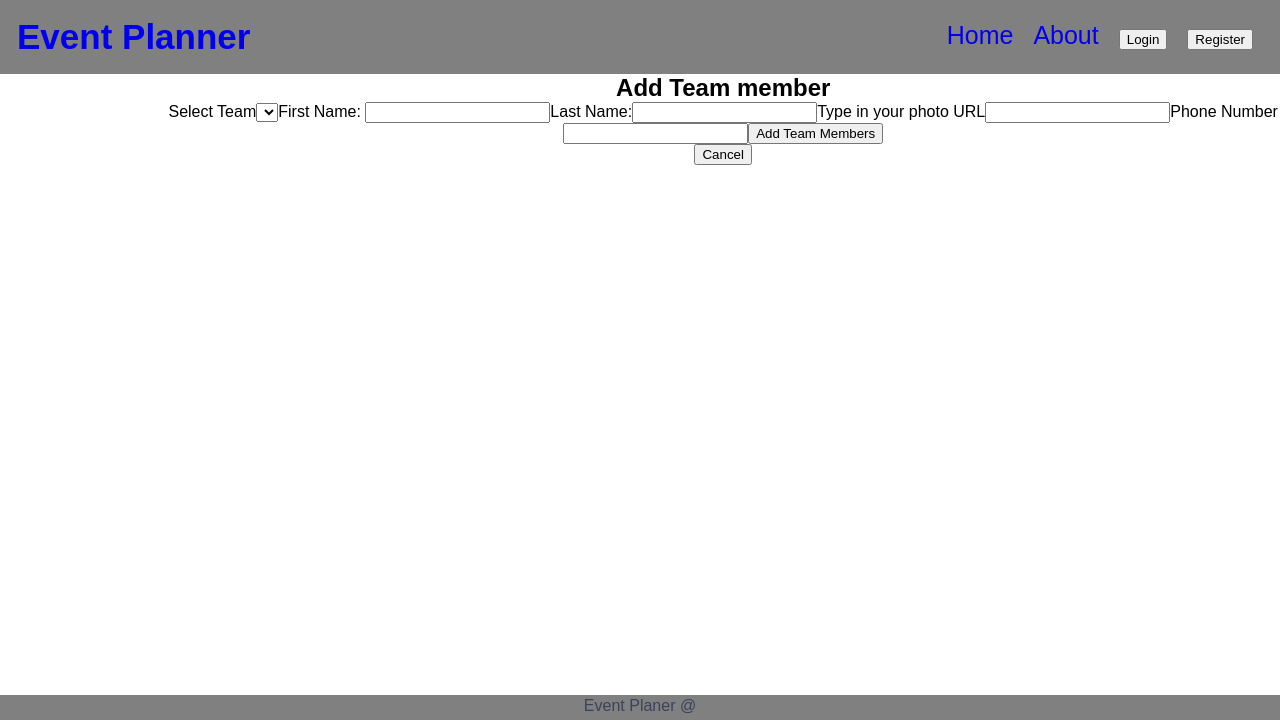
Repository: mhyder1/planner-client
Page: /add-team-member
An editor plug-in stored every save of this project. The page is shown before and after the next save, followed by the edit.
The browser window is 1280 px wide. The pictures show the whole page.
The page's requests for data from a server got no answer. The project was rebuilt for these pictures with package versions that can differ from the ones it lists, and the page was loaded fresh each time. No one was signed in, and anything a server would have sent is missing. Also part of the build but not shown: src/Components/About/About.js, src/Services/AuthAPIService.js, src/Components/Login/Login.js, src/Components/Register/Register.js, src/Components/Header/Header.js, src/Components/Features/Features.js, src/DummyStore/DummyStore.js, src/Components/ProfilePic/ProfilePic.js and 11 more.

Above is the page before, as saved 2021-01-19 10:50:37.

### src/index.js
import React from 'react';
import ReactDOM from 'react-dom';
import App from './App';
import { BrowserRouter } from "react-router-dom";


ReactDOM.render(
  <BrowserRouter>
    <App />
  </BrowserRouter>,
  document.getElementById('root')
);

### src/App.js
import React from "react";
import { Route } from "react-router-dom";
import "./App.css";

import Nav from "./Components/Nav/Nav";
import About from "./Components/About/About";
import Login from "./Components/Login/Login";
import Register from "./Components/Register/Register";
import Header from "./Components/Header/Header";
import Features from "./Components/Features/Features";
import Footer from "./Components/Footer/Footer";
import ProfilePic from "./Components/ProfilePic/ProfilePic";
import EventsList from "./Components/EventsList/EventsList";
import TeamEventsList from "./Components/TeamEventsList/TeamEventsList";
import Event from "./Components/Event/Event";
import EditEvent from "./Components/EditEvent/EditEvent";
import TeamList from "./Components/TeamList/TeamList";
import AddTeamMember from "./Components/AddTeamMember/AddTeamMember";
import CalendarView from "./Components/Calendar/Calendar";
import AddEvent from "./Components/AddEvent/AddEvent";
import TokenService from "./Services/TokenService";
import config from  "./Config/Config"
import AddTeam from "./Components/AddTeam/AddTeam"
import ProfileContactInfo from "./Components/ProfileContactInfo/ProfileContactInfo"
import TeamMember from "./Components/TeamMember/TeamMember";

export default class App extends React.Component {
  state = {
    isLoggedIn: false,
    events: [],
    user: {
      user_id: "",
      email: "",
      firstName: "",
    },
    teams: [],
    teamMembers: [],
  };

  setUser = (user) => {
    this.setState({
      user: {
        user_id: user.id,
        email: user.email,
        firstName: user.first_name,
      },
    });
  };

  createTeam = (newTeam) => {
    this.setState({
      teams: newTeam,
    });
  };

  setUserTeams = (teams) => {
    this.setState({
      teams: teams,
    });
  };

  setUserTeamMembers = (tmembers) => {
    this.setState({
      teamMembers: tmembers,
    });
  };

  createEvent = (event) => {
    this.setState({
      events: [...this.state.events, event],
    });
  };

  updateEvent = (updatedEvent) => {
    this.setState({
      events: this.state.events.map((e) =>
        e.id !== updatedEvent.id ? e : updatedEvent
      ),
    });
  };

  // Gets events created by you
  setUserEvents = (events) => {
    this.setState({
      events: events,
    });
  };

  // Gets events for teams you're a team member of
  setTeamMemberEvents = (events) => {
    this.setState({
      events: [...this.state.events, ...events],
    });
  };

   deleteEvent = (eventId) => {
     const newEvents = this.state.events.filter((event) => event.id !== eventId);
     this.setState({
       events:newEvents,
     })
   }

  handleLogin = () => {
    this.setState({
      isLoggedIn: true,
    });
  };

  handleLogout = () => {
    TokenService.clearAuthToken();
    this.setState({
      events: [],
      team: [],
    });
  };

  componentDidMount() {
    fetch(`${config.REACT_APP_API_BASE_URL}/events`)
    .then((res) => res.json())
    .then((events) => this.setState({events}));
  }

  render() {
    return (
      <div className="App">
        <Route
          path="/"
          render={(props) => (
            <Nav {...props} {...this.state} handleLogout={this.handleLogout} />
          )}
        />

        <Route exact path="/" component={Header} />
        <Route exact path="/about" component={About} />
        <Route
          exact
          path="/login"
          render={(props) => (
            <Login {...props} handleLogin={this.handleLogin} />
          )}
        />

        <Route exact path="/register" component={Register} />
        <main>
          <section className="main-dashboard">
            <Route exact path="/dashboard" component={ProfilePic} />
             <Route
              exact
              path="/dashboard"
              render={(props) => (
                <ProfileContactInfo
                   {...props}
                  {...this.state}
                   setUserEvents={this.setUserEvents}
                   setTeamMemberEvents={this.setTeamMemberEvents}
                    setUser={this.setUser}
                  setUserTeams={this.setUserTeams}
                  setUserTeamMembers={this.setUserTeamMembers}
               />
             )}
            />
          </section>
          <section className="main-events">
            <Route
              exact
              path={["/events", "/events/:id", "/add-event"]}
              render={(props) => <EventsList {...props} {...this.state} />}
            />
            <Route
              exact
              path={["/tm-events", "/tm-events/:id"]}
              render={(props) => <TeamEventsList {...props} {...this.state} />}
            />
            <Route
              exact
              path={["/events", "/events/:id", "/tm-events", "/tm-events/:id"]}
              render={(props) =>
              <Event
              {...props}
              deleteEvent={this.deleteEvent}
              {...this.state} />}
            />
            <Route
              exact
              path="/add-event"
              render={(props) => (
                <AddEvent
                  {...this.state}
                  createEvent={this.createEvent}
                  {...props}
                />
              )}
            />
            <Route
              exact
              path="/edit-event/:id"
              render={(props) => (
                <EditEvent {...props} updateEvent={this.updateEvent} />
              )}
            />
          </section>
          <section className="main-team">
            <Route
              exact
              path={["/teams", "/teams/team-member/:id"]}
              render={(props) => <TeamList {...props}
              // createTeam ={this.createTeam}
              {...this.state} />}
            />
            <Route
              exact
              path={["/teams", "/teams/team-member/:id"]}
              render={(props) => <TeamMember {...props} {...this.state} />}
            />
            <Route
              exact
              path={["/add-team"]}
              render={(props) => <AddTeam {...props}
              createTeam={this.createTeam}
              {...this.state} />}
            />
            <Route
              exact
              path="/add-team-member"
              render={(props) => <AddTeamMember {...props} {...this.state} />}
            />
            {/* <Route
              exact
              path={["/invite-page", "/invite-page/:id"]}
              component={InviteLandingPage}
            /> */}
          </section>
          <section className="main-calendar">
            <Route
              exact
              path="/calendar"
              render={(props) => <CalendarView {...props} {...this.state} />}
            />
          </section>

          <Route exact path="/" component={Features} />
          <Route path="/" component={Footer} />
        </main>
      </div>
    );
  }
}

### src/App.css
* {
    box-sizing: border-box;
    font-family: sans-serif;
    margin: 0;
}

.App {
    text-align: center;
    margin: 0;
    padding: 0;
    height: 100%;
}


/* Nav Bar - Public Route / Landing Page */

.nav-home {
    border: grey solid 2px;
    background-color: grey;
    padding: 15px;
    font-size: 30px;
    width: 100%;
    display: flex;
    justify-content: space-between;
    flex-wrap: wrap;
}

nav h1 {
    font-size: 35px;
}

.nav-links a {
    margin: 10px;
    font-size: 25px;
}

nav h1,
nav a {
    text-decoration: none;
}

nav a:hover {
    color: white;
}

nav a:visited {
    color: black;
}


/* About page */

.about-ul {
    list-style-type: none;
    padding: 0;
}


/* Events Main */

.main-events {
    display: flex;
    margin-left: 13%;
}


/* Event */

.event-view {
    flex: 3;
    display: flex;
    justify-content: center;
}

.event-view-selected {
    border: solid grey 2px;
    width: 95%;
    margin-top: 20px;
    background: #e0e0e0;
    height: 100%;
}


/* Events Mobile View */

@media screen and (min-width: 320px) and (max-width: 768px) {
    .main-events {
        display: block;
        margin: 0 auto;
    }
}

@media screen and (max-width: 768px) {
    .events-desktop {
        display: none;
    }
    .event-view {
        display: none;
    }
}


/* Add Event View */

.add-event-view {
    flex: 3 1;
    display: flex;
    justify-content: center;
    flex-direction: column;
    align-items: center;
    border: solid grey 2px;
}

.add-event-form {
    display: flex;
    flex-direction: column;
    width: 50%;
}

.event-sidebar-hidden {
    display: none;
}


/* Header / Landing Page */

header {
    display: flex;
    justify-content: center;
    margin: 100px auto;
    flex-direction: row;
    max-width: 1200px;
}

.hero {
    border: 2px solid grey;
    margin: 15px 2.5%;
    padding: 150px;
    flex-basis: 45%;
    box-sizing: border-box;
    background-color: #e5e5e5;
}


/* EventList */

.event-sidebar {
    flex: 1;
}

.event-sidebar ul {
    list-style-type: none;
    padding: 0;
}

.event-sidebar h3 {
    border: solid grey 2px;
    padding: 20px;
    margin: 15px;
}


/* Modal */

.modal {
    position: fixed;
    top: 0;
    left: 0;
    width: 100%;
    height: 100%;
    background: rgba(6, 5, 5, 0.056);
}

.modal-main {
    position: fixed;
    background: #f8f8f8;
    width: 80%;
    height: 75%;
    top: 50%;
    left: 50%;
    transform: translate(-50%, -50%);
}

.modal-main h2 {
    margin-top: 25px;
}

.display-block {
    display: block;
}

.display-none {
    display: none;
}

.view-modal-button {
    padding: 7px;
    margin: 5px;
    background: none;
    border: none;
    font-size: 20px;
}

.modal-photo {
    margin: 20px;
    object-fit: cover;
    border: grey solid 2px;
    width: 200px;
    height: 200px;
}

@media screen and (min-width: 769px) {
    .view-modal {
        display: none;
    }
}


/* CalendarView */

.main-calendar {
    width: 70%;
    margin: 0 auto;
    height: 50%;
}


/* Dashboard Nav / Logged In */

.dashboard-menu {
    color: white;
    height: 100%;
    width: 160px;
    position: fixed;
    z-index: 1;
    top: 0;
    left: 0;
    background-color: #111;
    overflow-x: hidden;
    padding-top: 20px;
}

.dashboard-menu h2 {
    padding: 6px 8px 6px 16px;
    text-decoration: none;
    font-size: 25px;
    color: #818181;
    display: block;
}

.dashboard-menu ul {
    list-style-type: none;
    padding: 0;
    text-align: left;
    padding-left: 5px;
}

.dashboard-menu a:visited {
    color: #818181;
}

@media screen and (min-width: 320px) and (max-width: 768px) {
    .dashboard-menu {
        width: 100%;
        position: unset;
        display: flex;
        flex-wrap: wrap;
        justify-content: space-between;
        align-items: center;
    }
    .dashboard-menu ul {
        display: flex;
        flex-wrap: wrap;
    }
}


/* Register */

.register-section {
    display: flex;
    flex-direction: column;
    align-items: center;
}

.register-form {
    display: flex;
    flex-direction: column;
    width: 15%;
    border: grey 2px solid;
    padding: 10px;
}

@media screen and (min-width: 320px) and (max-width: 768px) {
    .register-form {
        display: flex;
        flex-direction: column;
        width: 60%;
    }
}


/* Main Team */

.main-team {
    display: flex;
    margin-left: 13%;
}


/* Team Sidebar */

.team-sidebar {
    flex: 1;
}

.team-sidebar h3 {
    border: solid grey 2px;
    padding: 20px;
    margin: 15px;
}

.team-sidebar ul {
    list-style-type: none;
    padding: 0;
}


/* Team Member */

.team-view {
    flex: 3;
    display: flex;
    justify-content: center;
}


/* Team View Mobile */

@media screen and (max-width: 768px) {
    .team-view,
    .team-desktop {
        display: none;
    }
    .main-team {
        display: block;
        margin: 0 auto;
    }
}

.team-member-selected {
    border: solid grey 2px;
    width: 95%;
    margin-top: 20px;
    background: #e0e0e0;
}

.member-photo {
    width: 300px;
    height: 300px;
    margin: 20px;
    object-fit: cover;
    border: grey solid 2px;
}


/* Features / Landing Page */

.features {
    display: flex;
    flex-wrap: wrap;
    justify-content: space-around;
    background-color: #e5e5e5;
    padding: 250px;
}

.feature-1,
.feature-2,
.feature-3 {
    border: grey 2px solid;
    padding: 85px;
}

@media screen and (min-width: 320px) and (max-width: 768px) {
    header {
        flex-direction: column;
        margin: 35px auto;
    }
    .hero {
        padding: 80px;
    }
    .features {
        padding: 150px;
    }
}


/* Footer */

.footer {
    border: grey 2px solid;
    background-color: grey;
    color: #3d405b;
    height: 25px;
    position: fixed;
    bottom: 0;
    width: 100%;
}

### src/Components/Nav/Nav.js
import React from "react";
import TokenService from "../../Services/TokenService";
import { Link } from "react-router-dom";

export default class Nav extends React.Component {
  handleLogout = (e) => {
    e.preventDefault();
    this.props.handleLogout(e);
    this.props.history.push("/");
  };

  render() {
    return (
      <nav>
        {!TokenService.hasAuthToken() ? (
          <>
            <div className="nav-home">
              <div className="nav-logo">
                <h1>
                  <Link to="/">Event Planner</Link>
                </h1>
              </div>
              <div className="nav-links">
                <Link to="/">Home</Link>
                <Link to="/about">About</Link>
                <Link to="/login">
                  <button>Login</button>
                </Link>
                <Link to="/register">
                  <button>Register</button>
                </Link>
              </div>
            </div>
          </>
        ) : (
          <div id="main-menu" className="dashboard-menu">
            <h1>
              <Link to="/dashboard">Event Planner</Link>
            </h1>
            <ul>
              <li>
                <h2>
                  <Link to="/dashboard">Home</Link>
                </h2>
              </li>
              <li>
                <h2>
                  <Link to="/calendar">Calendar</Link>
                </h2>
              </li>
              <li>
                <h2>
                  <Link to="/events">Events</Link>
                </h2>
              </li>
              <li>
                <Link to="/add-event">+ Event</Link>
              </li>

              <li>
                <h2>
                  <Link to="/teams">Teams</Link>
                </h2>
              </li>
              <li>
                <Link to="/add-team">+ Team</Link>
              </li>
              <li>
                <h2>
                  <button onClick={(e) => this.handleLogout(e)}>Log Out</button>
                </h2>
              </li>
            </ul>
          </div>
        )}
      </nav>
    );
  }
}

### src/Components/Footer/Footer.js
import React from "react";

export default function Footer() {
    return <footer className="footer">Event Planer @</footer>;
}

### src/Components/AddTeamMember/AddTeamMember.js
import React from "react";
import { Link } from "react-router-dom";
import config from "../../Config/Config";
import TokenService from "../../Services/TokenService";

export default class AddTeamMember extends React.Component {

  handleAddTeamMember = (e) => {

  }

  render() {
    console.log(this.props.team && this.props.match.id)
    return(
      <>
        <div>
            <h2>Add Team member</h2>
              <form
                  onSubmit={(e) => this.handleAddTeamMember(e)}
              >
                <label htmlFor='teams'>Select Team</label>
                  <select id="teams" name="teams">
                    <option></option>
                  </select>
                <label>First Name: </label>
                <input type="text" name="first_name" require/>
                <label>Last Name:</label>
                <input type="text" name="last_name" require/>
                <label>Type in your photo URL</label>
                <input type="url" name="profile_image" />
                <label htmlFor="phone">Phone Number</label>
                <input type="tel" name="phone_number" />
                <button type="submit">Add Team Members</button>
              </form>
              <div>
                <button onClick={this.handleCancel}>Cancel</button>
              </div>
          </div>
      </>
    )


  }
}

// export default class AddTeamMember extends React.Component {
//   state = {
//     senderName: "",
//     recipient: "",
//     sender: "",
//     inviteSentMessage: "",
//     sent: false,
//   };

//   componentDidMount() {
//     this.setState({
//       senderName: this.props.user.firstName,
//       sender: "thanki.monika@gmail.com",
//       // sender: this.props.user.email,
//     });
//   }

//   /* Need to add some kind of confirmation if email is successfully sent */
//   handleAddTeamMember = (e) => {
//     e.preventDefault();
//     // const recipient = this.state.recipient;
//     const recipient = "thanki.monika@gmail.com";
//     const sender = this.state.sender;
//     const name = this.state.senderName;
//     const email = { recipient, sender, name };
//     this.setState({
//       inviteSentMessage: `Invite to ${recipient} sent!`,
//       sent: true,
//     });

//     fetch(`${config.REACT_APP_API_BASE_URL}/emails`, {
//       method: "POST",
//       body: JSON.stringify(email),
//       headers: {
//         "content-type": "application/json",
//         Authorization: `Bearer ${TokenService.getAuthToken()}`,
//       },

//     });
//   };

//   getTeamMemberEmail = (e) => {
//     const teamMemberEmail = e.target.value;
//     this.setState({
//       recipient: teamMemberEmail,
//     });
//   };

//   handleCancel = () => {
//     this.props.history.goBack("/teams");
//   };

//   render() {
//     return (
//       <>
//         <div className="add-team-member-view">
//           <h2>Add a Team Member</h2>
//           <p>Team members can only see events they've joined.</p>
//           <p>
//             Once your team member creates an account, you can <br /> send them
//             an invitation to your event.
//           </p>
//           {this.state.sent === true ? (
//             <>
//               <p>{this.state.inviteSentMessage}</p>
//               <Link to="/dashboard">
//                 <button>Return to dashboard</button>
//               </Link>
//             </>
//           ) : (
//             ""
//           )}
//           <form
//             onSubmit={(e) => this.handleAddTeamMember(e)}
//             className="add-team-member-form"
//           >
//             <label>Email address</label>
//             <input
//               onChange={(e) => this.getTeamMemberEmail(e)}
//               type="text"
//               name="email"
//             />
//             <button type="submit">Send email invitation</button>
//           </form>
//           <div>
//             <button onClick={this.handleCancel}>Cancel</button>
//           </div>
//         </div>
//       </>
//     );
//   }
// }

### src/Services/TokenService.js
import jwtDecode from 'jwt-decode'
import Config from '../Config/Config'

let _timeoutId
const _TEN_SECONDS_IN_MS = 10000

const TokenService = {
    saveAuthToken(token) {
        window.localStorage.setItem(Config.TOKEN_KEY, token)
    },
    getAuthToken() {
        return window.localStorage.getItem(Config.TOKEN_KEY)
    },
    clearAuthToken() {
        console.info('clearing the auth token')
        window.localStorage.removeItem(Config.TOKEN_KEY)
    },
    hasAuthToken() {
        return !!TokenService.getAuthToken()
    },
    makeBasicAuthToken(email, password) {
        return window.btoa(`${email}:${password}`)
    },
    parseJwt(jwt) {
        return jwtDecode(jwt)
    },
    readJwtToken() {
        return TokenService.parseJwt(TokenService.getAuthToken())
    },
    _getMsUntilExpiry(payload) {
        /*
          payload is from the JWT
          the `exp` value is in seconds, need to convert to ms, so * 1000
          calculates the difference between now and when the JWT will expire
        */
        return (payload.exp * 1000) - Date.now()
    },
    queueCallbackBeforeExpiry(callback) {
        /* get the number of ms from now until the token expires */
        const msUntilExpiry = TokenService._getMsUntilExpiry(
            TokenService.readJwtToken()
        )
        /*
          queue a callback that will happen 10 seconds before the token expires
          the callback is passed in as an argument so could be anything,
            in this app, the callback is for calling the refresh endpoint
        */
        _timeoutId = setTimeout(callback, msUntilExpiry - _TEN_SECONDS_IN_MS)
    },
    clearCallbackBeforeExpiry() {
        clearTimeout(_timeoutId)
    },
}

export default TokenService

### src/Config/Config.js
export default {
    REACT_APP_API_BASE_URL: "http://localhost:8000/api",
    TOKEN_KEY:"event-planner-auth"
  };

Loaded but not shown: public/index.html (common file)

After the next save:
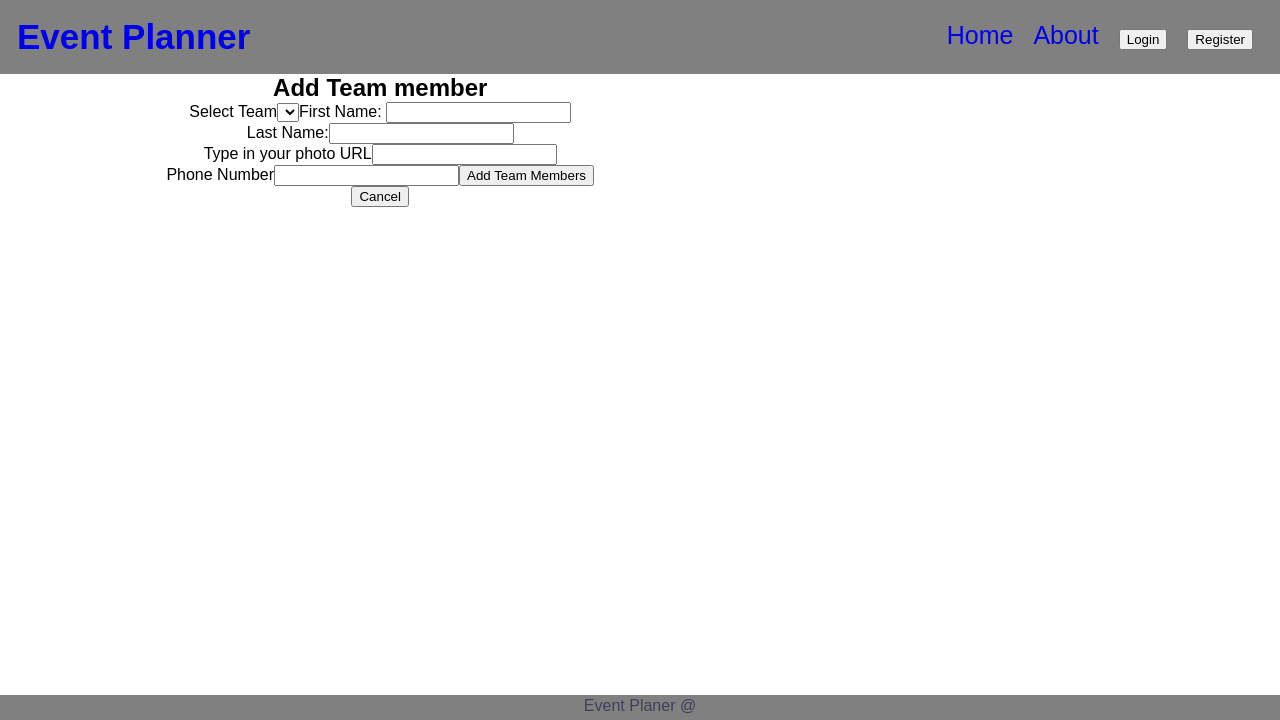
Saved 7 h 21 min later.
--- a/src/Components/AddTeamMember/AddTeamMember.js
+++ b/src/Components/AddTeamMember/AddTeamMember.js
@@ -24,10 +24,13 @@ export default class AddTeamMember extends React.Component {
                   </select>
                 <label>First Name: </label>
                 <input type="text" name="first_name" require/>
+                <br />
                 <label>Last Name:</label>
                 <input type="text" name="last_name" require/>
+                <br />
                 <label>Type in your photo URL</label>
                 <input type="url" name="profile_image" />
+                <br />
                 <label htmlFor="phone">Phone Number</label>
                 <input type="tel" name="phone_number" />
                 <button type="submit">Add Team Members</button>
